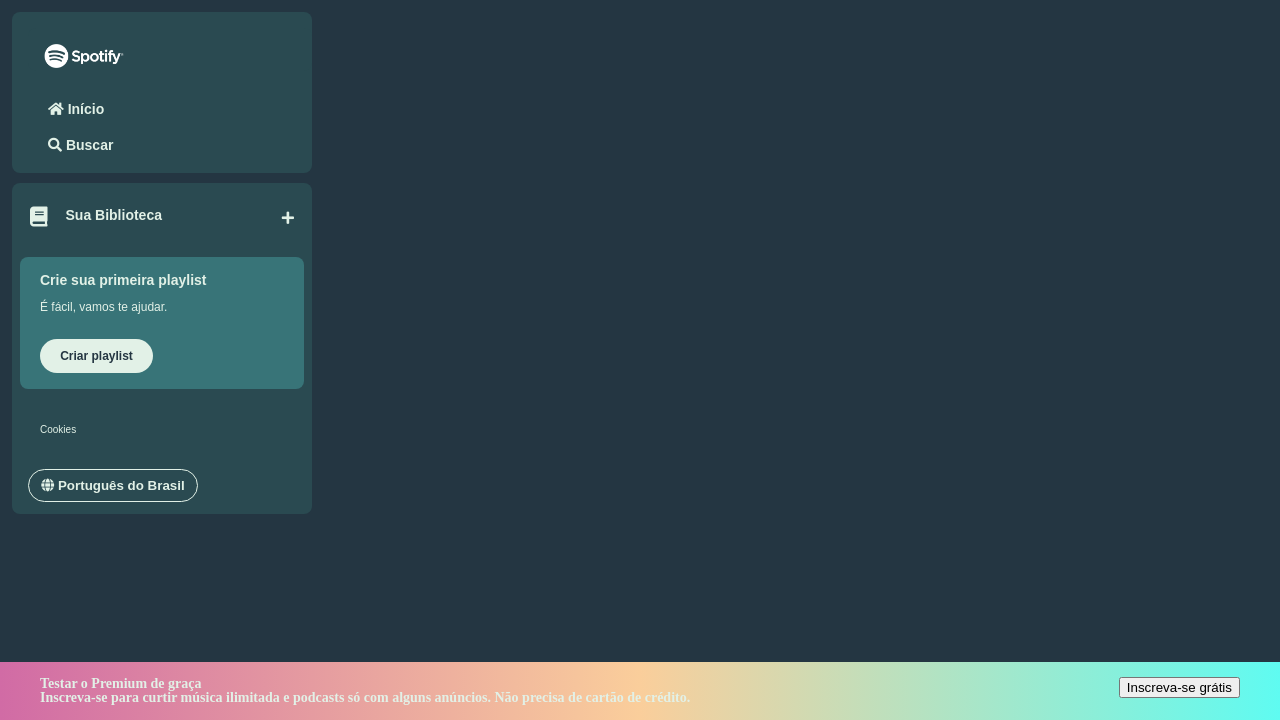
Repository: rafaazevedo-gs/Imers-o-Alura-Front-end
Page: index.html
An editor plug-in stored every save of this project. The page is shown before and after the next save, followed by the edit.
The browser window is 1280 px wide. The pictures show the whole page.

Above is the page before, as saved 2025-01-30 11:15:05.

### index.html
<!DOCTYPE html>
<html lang="pt-BR">
<head>
    <meta charset="UTF-8">
    <meta name="viewport" content="width=device-width, initial-scale=1.0">
    <title>Spotify</title>
    <link rel="stylesheet" href="reset.css">
    <link rel="shortcut icon" href="./icons/favicon.png" type="image/x-icon">
    <link rel="stylesheet" href="styles.css">
    <link rel="stylesheet" href="https://use.fontawesome.com/releases/v5.15.4/css/solid.css"/>
    <link rel="stylesheet" href="https://use.fontawesome.com/releases/v5.15.4/css/fontawesome.css"/>
</head>
<body>
    <div class="sidebar">
        <nav class="sidebar__navigation">
            <div class="logo">
                <a href="">
                    <img src="./icons/logo-spotify.png" alt="Spotify logo">
                </a>
                </div>
                    <ul>
                        <li>
                            <a href="">
                                <span class="fa fa-home"></span>
                                <span>Início</span>
                            </a>
                        </li>
                        <li>
                            <a href="">
                                <span class="fa fa-search"></span>
                                <span>Buscar</span>
                            </a>
                        </li>
                    </ul>
        </nav>
        <div class="library">
            <div class="library__content">
                <button class="library__button">
                    <span class="fa fas fa-book"></span>
                    <span>Sua Biblioteca</span>
                </button>
                <span class="fa fa-plus"></span>
        </div>

        <section class="section-playlist">
            <div class="section-playlist__content">
                <span class="text title">Crie sua primeira playlist</span>
                <span class="text subtitle">É fácil, vamos te ajudar.</span>
                <button class="section-playlist__button">
                    <span>Criar playlist</span>
                </button>
            </div>
        </section>
        <div class="cookies">
            <a href="">Cookies</a>
        </div>
        <div class="languages">
            <button class="languages__button">
                <span class="fa fa-globe"></span>
                <span>Português do Brasil</span>
            </button>
        </div>
        <footer class="disclaimer-premium">
            <div class="text">
                <p class="disclaimer-premium__title">Testar o Premium de graça</p>
                <p class="disclaimer-premium__subtitle">Inscreva-se para curtir música ilimitada e podcasts só com alguns anúncios. Não precisa de cartão de crédito.</p>
            </div>
            <div class="button">
                <button type="button">Inscreva-se grátis</button>
            </div>
        </footer>
    </div>
</body>
</html>

### styles.css
body {
    background-color: #243642;
}

.sidebar {
    position: fixed;
    top: 0;
    left: 0;
    bottom: 0;
    padding: 12px;
    width: 300px;
}

.sidebar__navigation {
    background-color: #2a4a51;
    border-radius: 8px;
    padding: 16px 0 0 16px;
}

.sidebar__navigation .logo {
    background: #2a4a51;
    display: flex;
    border-radius: 8px;
    padding: 16px 0 0 16px;
}

.sidebar__navigation .logo img {
    width: 80px;

}

.sidebar ul li {
    padding: 10px 0;
}

.sidebar nav ul {
    margin-top: 20px;
    padding: 0 20px 10px 20px;
}

.sidebar nav ul li a {
    color: #E2F1E7;
    text-decoration: none;
    font-weight: 600;
    font-size: 14px;
    font-family: "DM Sans", sans-serif;
}

.library {
    background-color: #2a4a51;
    border-radius: 8px;
    display: flex;
    justify-content: space-between;
    flex-direction: column;
    padding: 4px 8px;
    color: #E2F1E7;
    font-weight: 600;
    font-size: 14px;
    margin-top: 10px;
}

.library .library__content {
    display: flex;
    justify-content: space-between;
}

.library .library__button {
    display: flex;
    margin-right: 10px;
    color: #E2F1E7;
    background-color: transparent;
    border: 0px;
    font-size: 14px;
    font-weight: 700;
    font-family: "DM Sans", sans-serif;
    text-align: center;
    text-decoration: none;
    text-transform: none;
    padding: 20px 10px;
}

.library .library__button .fa{
    font-size: 20px;
    font-weight: 300;
    color: #E2F1E7;
    margin-right: 10px;
    padding-right: 8px;
}

.library .library__content .fa-plus {
    margin: 24px 10px;
}

.section-playlist {
    display: flex;
    align-items: flex-start;
    justify-content: space-between;
    gap: 20px;
    background-color: #387478;
    border-radius: 8px;
    color: #E2F1E7;
    font-weight: 600;
    font-size: 14px;
    margin: 8px 0px;
    padding: 16px 20px;
}

.section-playlist .section-playlist__content {
    display: flex;
    flex-direction: column;
}

.section-playlist__content .text {
    padding-bottom: 14px;
    color: #E2F1E7;
    font-family: "DM Sans", sans-serif;
}

.section-playlist__content .title {
    font-weight: 700;
}

.section-playlist__content .subtitle {
    font-weight: 500;
    font-size: 12px;
}

.section-playlist__content .section-playlist__button {
    display: flex;
    justify-content: center;
    background-color:#E2F1E7;
    color:#243642;
    border-radius: 20px;
    font-size: 12px;
    font-weight: 700;
    font-family: "DM Sans", sans-serif;
    text-decoration: none;
    text-transform: none;
    padding: 10px;
    border: 0px;
    width: 113px;
    margin-top: 12px;
}

.sidebar .cookies {
    margin: 25px 20px;

}

.sidebar .cookies a {
    color: #E2F1E7;
    font-weight: 500;
    font-size: 10px;
    font-family: "DM Sans", sans-serif;
    text-decoration: none;
}

.sidebar .cookies a:hover {
    text-decoration: underline;
}

.languages .languages__button {
    background-color:transparent;
    border: 1px solid #E2F1E7;
    border-radius: 20px;
    color: #E2F1E7;
    cursor: pointer;
    align-items: center;
    font-weight: bold;
    width: 170px;
    margin: 8px;
    padding: 8px;
}

.disclaimer-premium {
    position: fixed;
    bottom: 0;
    left: 0;
    right: 0;
    background:linear-gradient(to right, #d16ba5, #face9b, #5ffbf1);
    padding: 15px 40px;
    display: flex;
    justify-content: space-between;
}

Loaded but not shown: reset.css (common file)

After the next save:
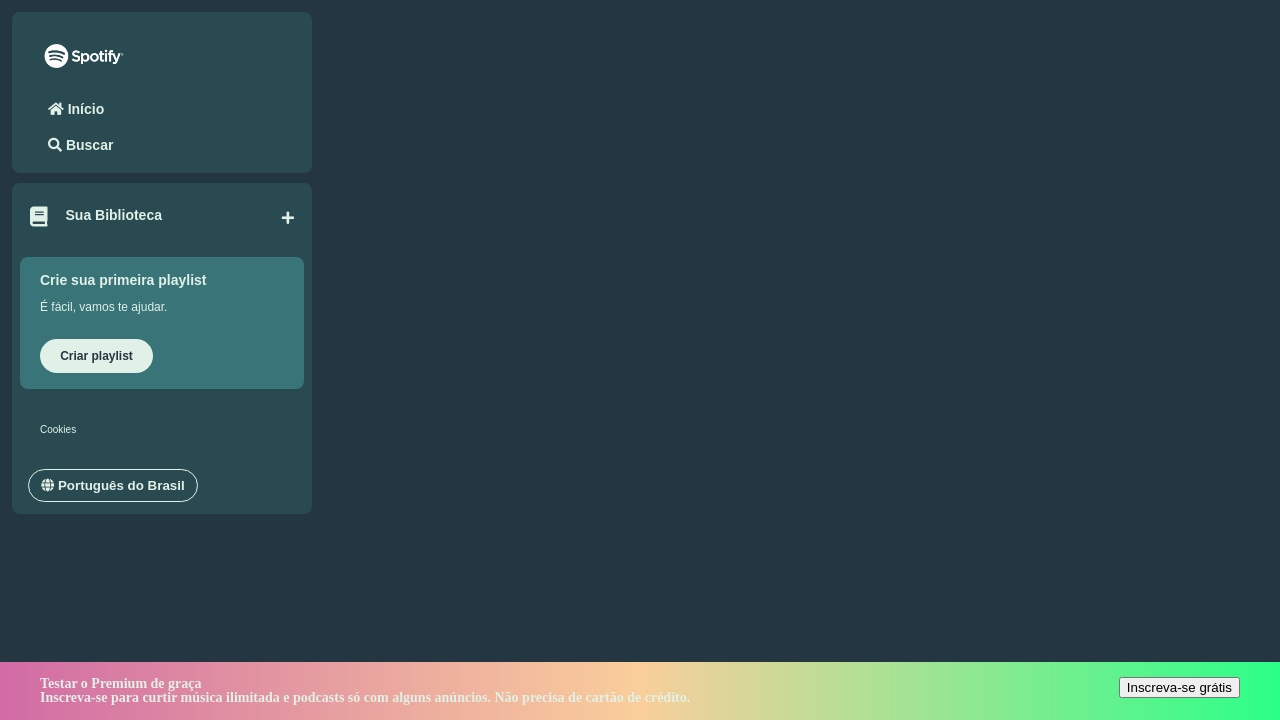
Saved 26 s later.
--- a/styles.css
+++ b/styles.css
@@ -177,7 +177,7 @@
     bottom: 0;
     left: 0;
     right: 0;
-    background:linear-gradient(to right, #d16ba5, #face9b, #5ffbf1);
+    background:linear-gradient(to right, #d16ba5, #face9b, #2bff88);
     padding: 15px 40px;
     display: flex;
     justify-content: space-between;

After the save that followed:
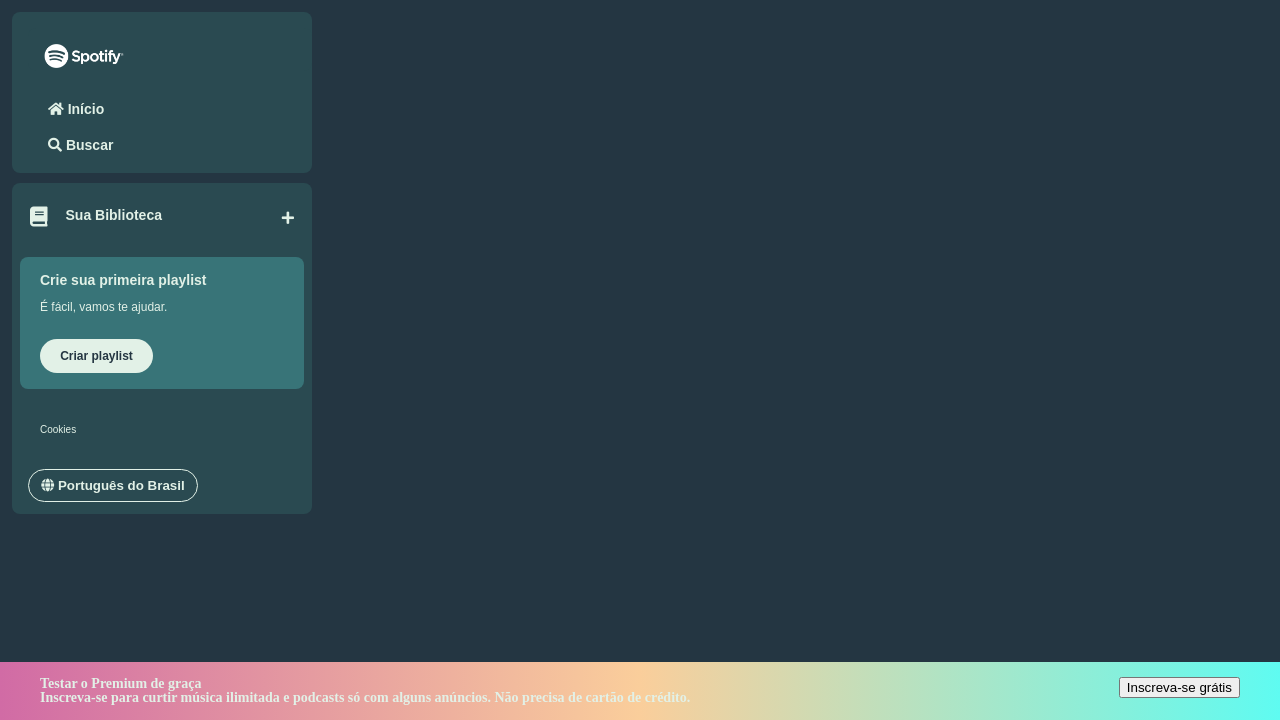
Saved 11 s later.
--- a/styles.css
+++ b/styles.css
@@ -177,7 +177,7 @@
     bottom: 0;
     left: 0;
     right: 0;
-    background:linear-gradient(to right, #d16ba5, #face9b, #2bff88);
+    background:linear-gradient(to right, #d16ba5, #face9b, #5ffbf1);
     padding: 15px 40px;
     display: flex;
     justify-content: space-between;
